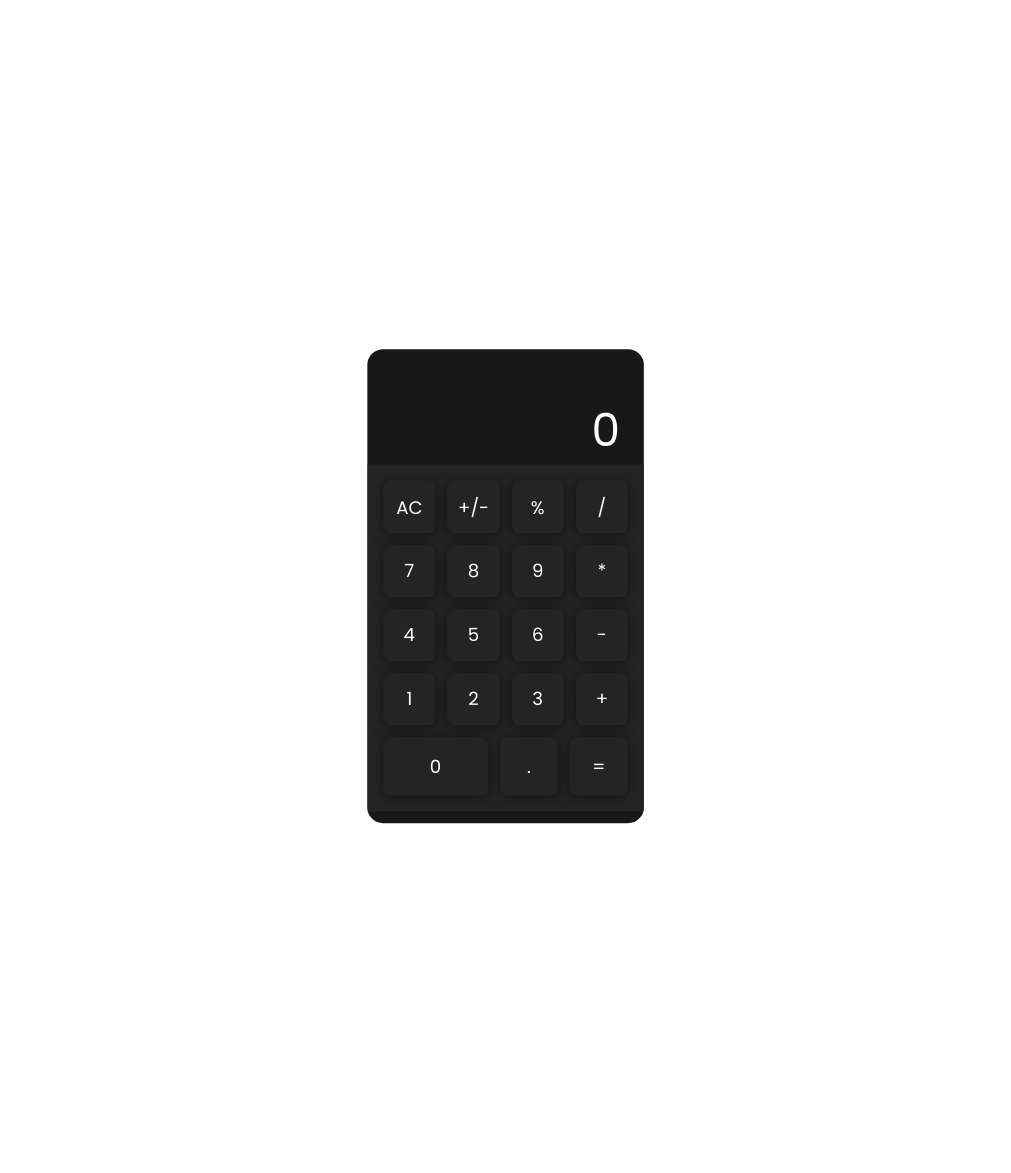
Repository: minhtien9/Calculator
Page: /
The author's editor kept a copy of each file at every save. The page is drawn from the files as they stood at one save, then again after the next save.
The browser window is 1280 px wide. The pictures show the whole page, at 79% of full size.
The project was rebuilt for these pictures with package versions that can differ from the ones it lists, and the page was loaded fresh each time. Also part of the build but not shown: src/App.css.

Above is the page before, as saved 2022-07-21 18:51:19.

### src/index.js
import React from "react";
import ReactDOM from "react-dom/client";
import App from "./App";

const root = ReactDOM.createRoot(document.getElementById("root"));
root.render(
    <React.StrictMode>
        <App />
    </React.StrictMode>
);

// If you want to start measuring performance in your app, pass a function
// to log results (for example: reportWebVitals(console.log))
// or send to an analytics endpoint. Learn more: https://bit.ly/CRA-vitals

### src/App.js
import "./App.css";
import Caculator from "./Components/Caculator";

function App() {
    return (
        <div className='App'>
            <Caculator />
        </div>
    );
}

export default App;

### src/Components/Caculator.jsx
import React from "react";
import "./Caculator.scss";

const Caculator = () => {
    return (
        <div className='caculator'>
            <section className='monitor'>
                <p className='out-put'>0</p>
            </section>

            <section className='keyboard'>
                <div className='keyboard-row'>
                    <button className='one-block'>AC</button>
                    <button className='one-block'> +/- </button>
                    <button className='one-block'> % </button>
                    <button className='one-block orange'>/</button>
                </div>

                <div className='keyboard-row'>
                    <button className='one-block'>7</button>
                    <button className='one-block'>8</button>
                    <button className='one-block'>9</button>
                    <button className='one-block orange'>*</button>
                </div>

                <div className='keyboard-row'>
                    <button className='one-block'>4</button>
                    <button className='one-block'>5</button>
                    <button className='one-block'>6</button>
                    <button className='one-block orange'>-</button>
                </div>

                <div className='keyboard-row'>
                    <button className='one-block'>1</button>
                    <button className='one-block'>2</button>
                    <button className='one-block'>3</button>
                    <button className='one-block orange'>+</button>
                </div>

                <div className='keyboard-row'>
                    <button className='two-block'>0</button>
                    <button className='one-block'> .</button>
                    <button className='one-block orange'> =</button>
                </div>
            </section>
        </div>
    );
};

export default Caculator;

### src/Components/Caculator.scss
@import url("https://fonts.googleapis.com/css2?family=Poppins:ital,wght@0,100;0,200;0,300;0,400;0,500;0,600;0,700;0,800;0,900;1,100;1,200;1,300;1,400;1,500;1,600;1,700;1,800;1,900&display=swap");

* {
    font-family: "Poppins";
    font-size: 23px;
    color: white;
}

button {
    border: none;
    background: none;
    cursor: pointer;
    border-radius: 10px;
    box-shadow: 0 2px 15px 0 rgba(0, 0, 0, 0.5);
}

.orange {
}

.caculator {
    width: 350px;
    height: 600px;
    margin: 35% auto;
    background-color: rgb(24, 24, 24);
    display: flex;
    flex-direction: column;
    border-radius: 20px;
    overflow: hidden;
}

.monitor {
    .out-put {
        margin: 60px 30px 0px;
        font-size: 2.5rem;
        text-align: right;
    }
}

.keyboard {
    display: flex;
    flex-direction: column;
    background: rgb(36, 36, 36);
    gap: 15px;
    padding: 20px;
}

.keyboard-row {
    display: flex;
    gap: 15px;
    .one-block {
        width: 25%;
        aspect-ratio: 1/1;
    }

    .two-block {
        width: calc(50% - 15px);
        aspect-ratio: 2/1;
    }
}

Loaded but not shown: public/index.html (common file)

After the next save:
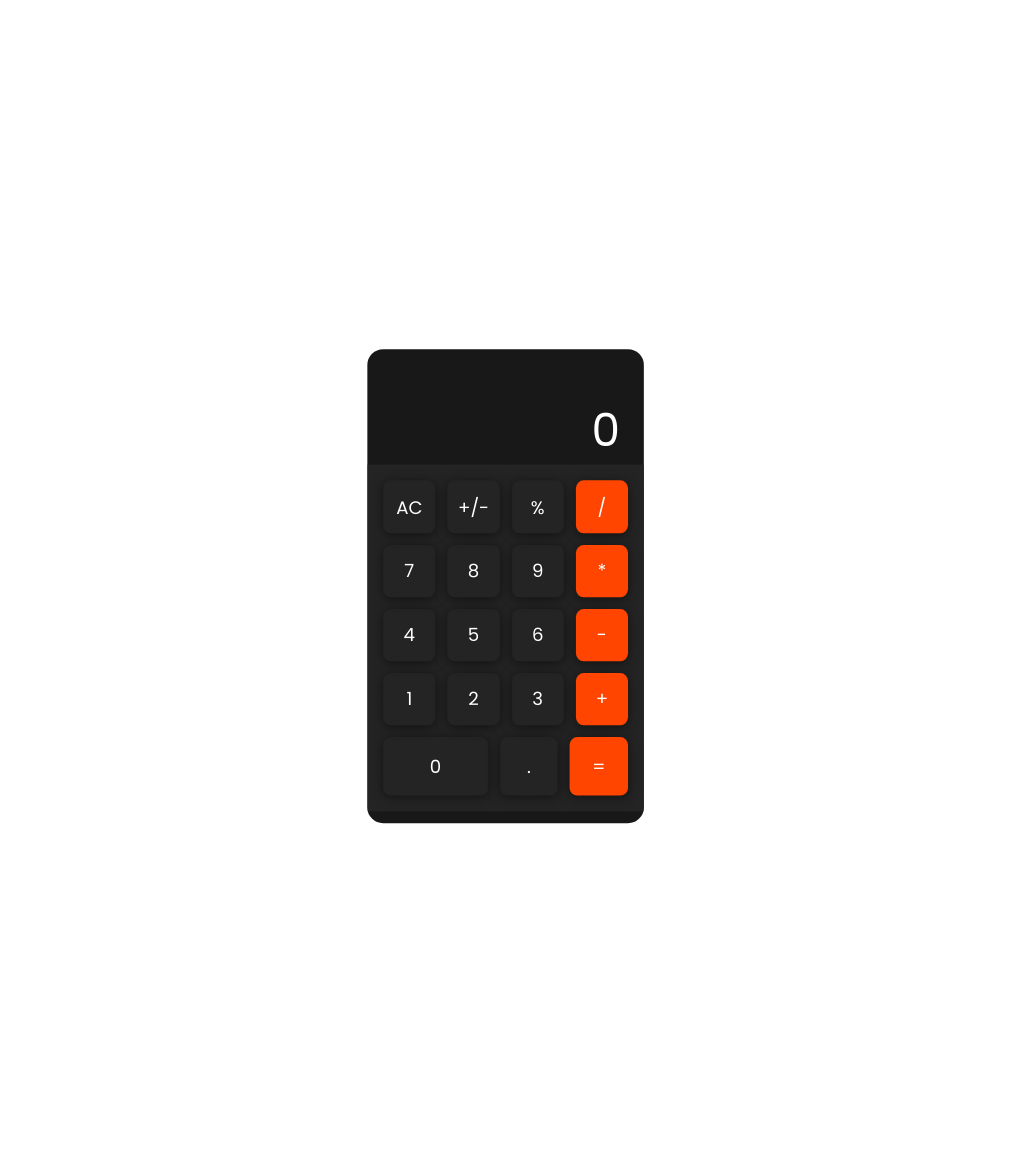
Saved 80 s later.
--- a/src/Components/Caculator.scss
+++ b/src/Components/Caculator.scss
@@ -15,6 +15,8 @@ button {
 }
 
 .orange {
+    background: orangered;
+    color: white;
 }
 
 .caculator {
